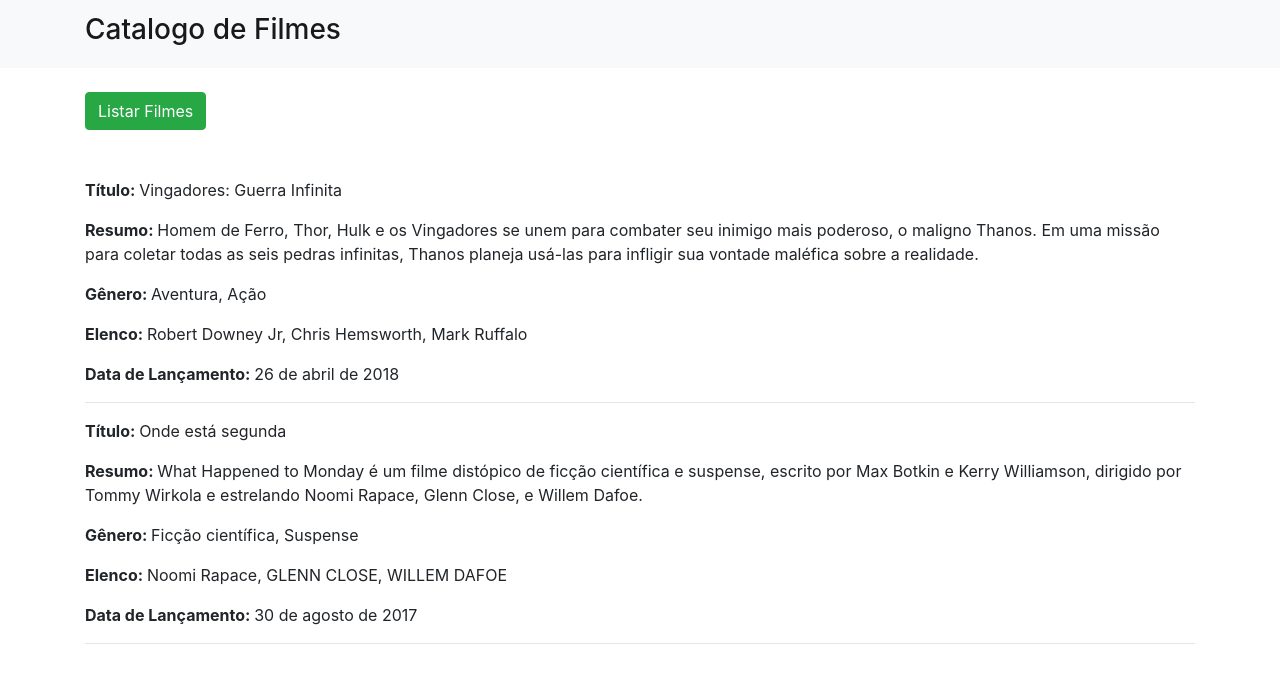
Repository: FredeRibeiro/htdocs-Desenvolvimento-Web-Completo-2019
Page: ajax/filmes.html
The author's editor kept a copy of each file at every save. The page is drawn from the files as they stood at one save, then again after the next save.
The browser window is 1280 px wide. The pictures show the whole page.
After loading, the first visible `button.btn` was clicked once.

Above is the page before, as saved 2019-10-16 14:29:56.

After the next save:
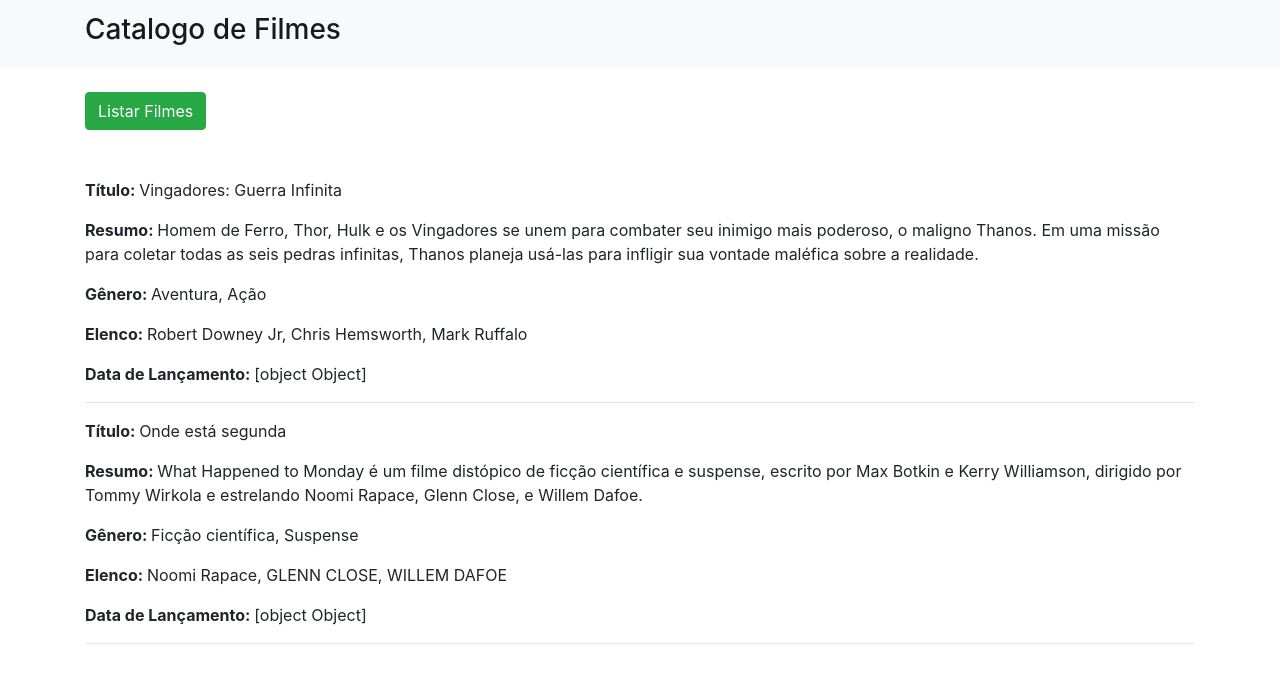
Saved 2 min 6 s later.
--- a/ajax/filmes.html
+++ b/ajax/filmes.html
@@ -67,7 +67,7 @@
 							let p4 = document.createElement('p')
 								p4.innerHTML = '<strong> Elenco: </strong>'  + elenco;
 							let p5 = document.createElement('p')
-								p5.innerHTML = '<strong> Data de Lançamento: </strong>'  + item['dataLancamento']['#text'] ;
+								p5.innerHTML = '<strong> Data de Lançamento: </strong>' + item.dataLancamento ;
 
 							let hr = document.createElement('hr');
 

After the save that followed:
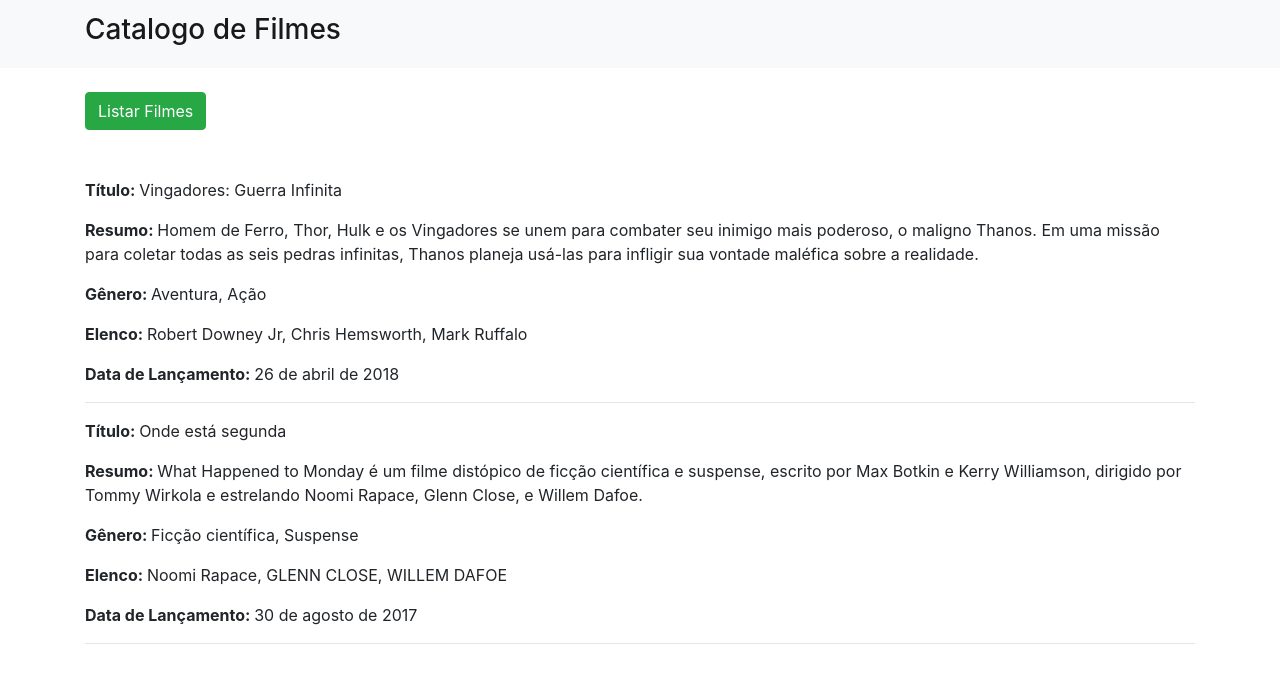
Saved 14 s later.
--- a/ajax/filmes.html
+++ b/ajax/filmes.html
@@ -67,7 +67,7 @@
 							let p4 = document.createElement('p')
 								p4.innerHTML = '<strong> Elenco: </strong>'  + elenco;
 							let p5 = document.createElement('p')
-								p5.innerHTML = '<strong> Data de Lançamento: </strong>' + item.dataLancamento ;
+								p5.innerHTML = '<strong> Data de Lançamento: </strong>' + item.dataLancamento['#text'] ;
 
 							let hr = document.createElement('hr');
 
